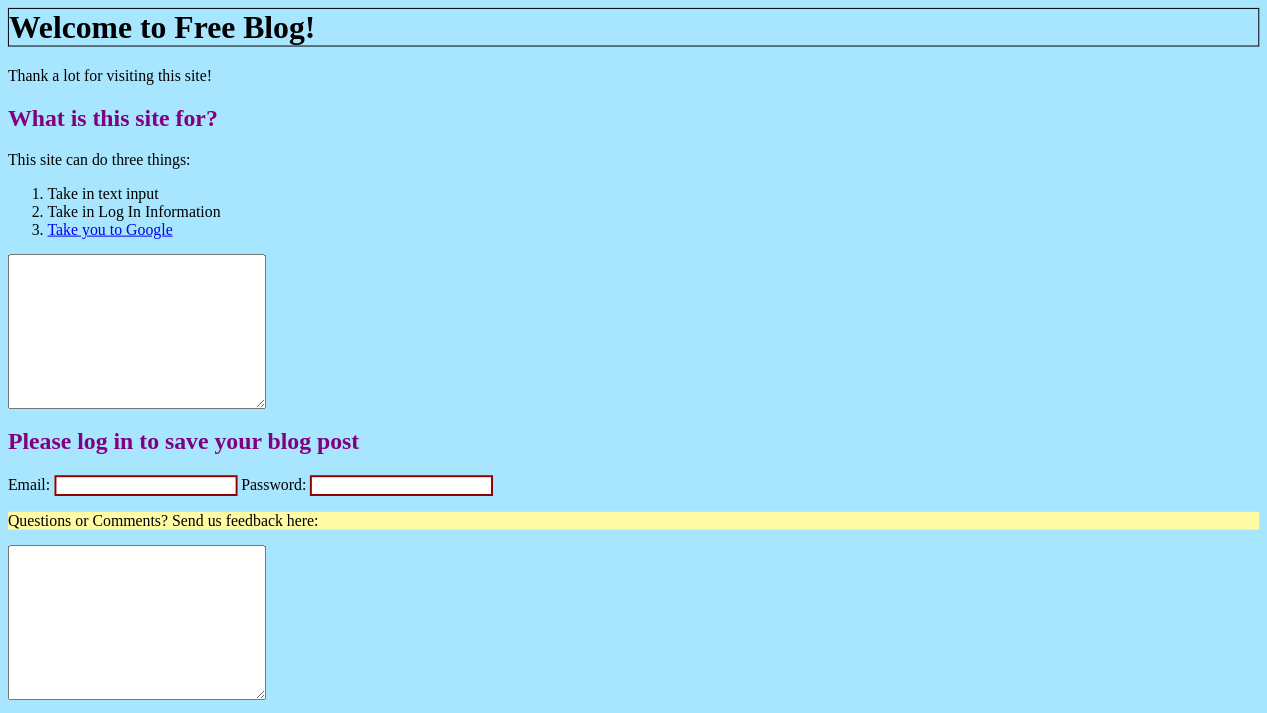
Repository: MonwarAdeeb/Bista_Solutions
Page: HTML & CSS/CSS/Level One/05. Assessment.html
The author's editor kept a copy of each file at every save. The page is drawn from the files as they stood at one save, then again after the next save.
The browser window is 1280 px wide. The pictures show the whole page, at 99% of full size.

Above is the page before, as saved 2021-05-19 21:47:55.

### HTML & CSS/CSS/Level One/05. Assessment.html
<html lang="en">
<head>
    <meta charset="UTF-8">
    <meta http-equiv="X-UA-Compatible" content="IE=edge">
    <meta name="viewport" content="width=device-width, initial-scale=1.0">
    <title>Assessment</title>
    <link rel="stylesheet" href="05. Assessment.css">
</head>
<body>
    <h1>Welcome to Free Blog!</h1>

    <p>Thank a lot for visiting this site!</p>

    <h2>What is this site for?</h2>

    <p>This site can do three things:</p>

    <ol class="list">
        <li>Take in text input</li>
        <li>Take in Log In Information</li>
        <li><a href="www.google.com">Take you to Google</a></li>
    </ol>

    <textarea id="textblock" name="tbox" id="" cols="30" rows="10"></textarea>

    <h2>Please log in to save your blog post</h2>

    <label for="email">Email:</label>
    <input id="email" type="email" name="useremail">
    <label for="password">Password:</label>
    <input type="password" id="password" name="userpass">

    <div class="firstDiv">
        <p></p>
        <p>Questions or Comments? Send us feedback here:</p>
        <textarea id="feedback" cols="30" rows="10"></textarea>

    </div>

</body>
</html>

### HTML & CSS/CSS/Level One/05. Assessment.css
body {
  background-color: #a8e6ff;
}

h1 {
  border: 1px solid black;
}

h2 {
  color: purple;
}

input {
  border: 2px solid rgb(144, 0, 0);
}

div p {
  background: #fffca5;
}

#textarea {
  border: 5px solid gray;
  width: 800px;
  height: 400px;
}

After the next save:
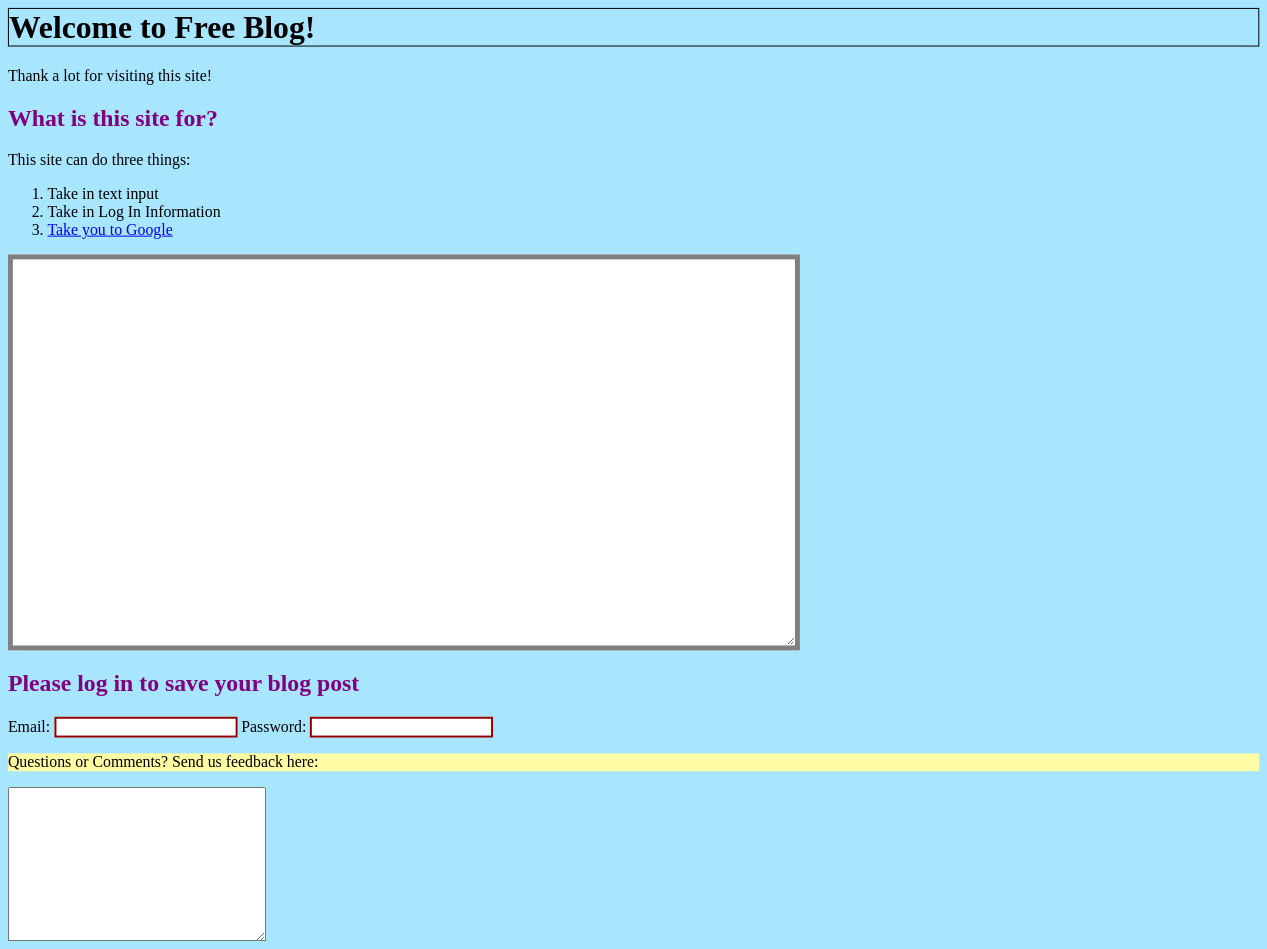
Saved 9 s later.
--- a/HTML & CSS/CSS/Level One/05. Assessment.css
+++ b/HTML & CSS/CSS/Level One/05. Assessment.css
@@ -18,7 +18,7 @@ div p {
   background: #fffca5;
 }
 
-#textarea {
+#textblock {
   border: 5px solid gray;
   width: 800px;
   height: 400px;
